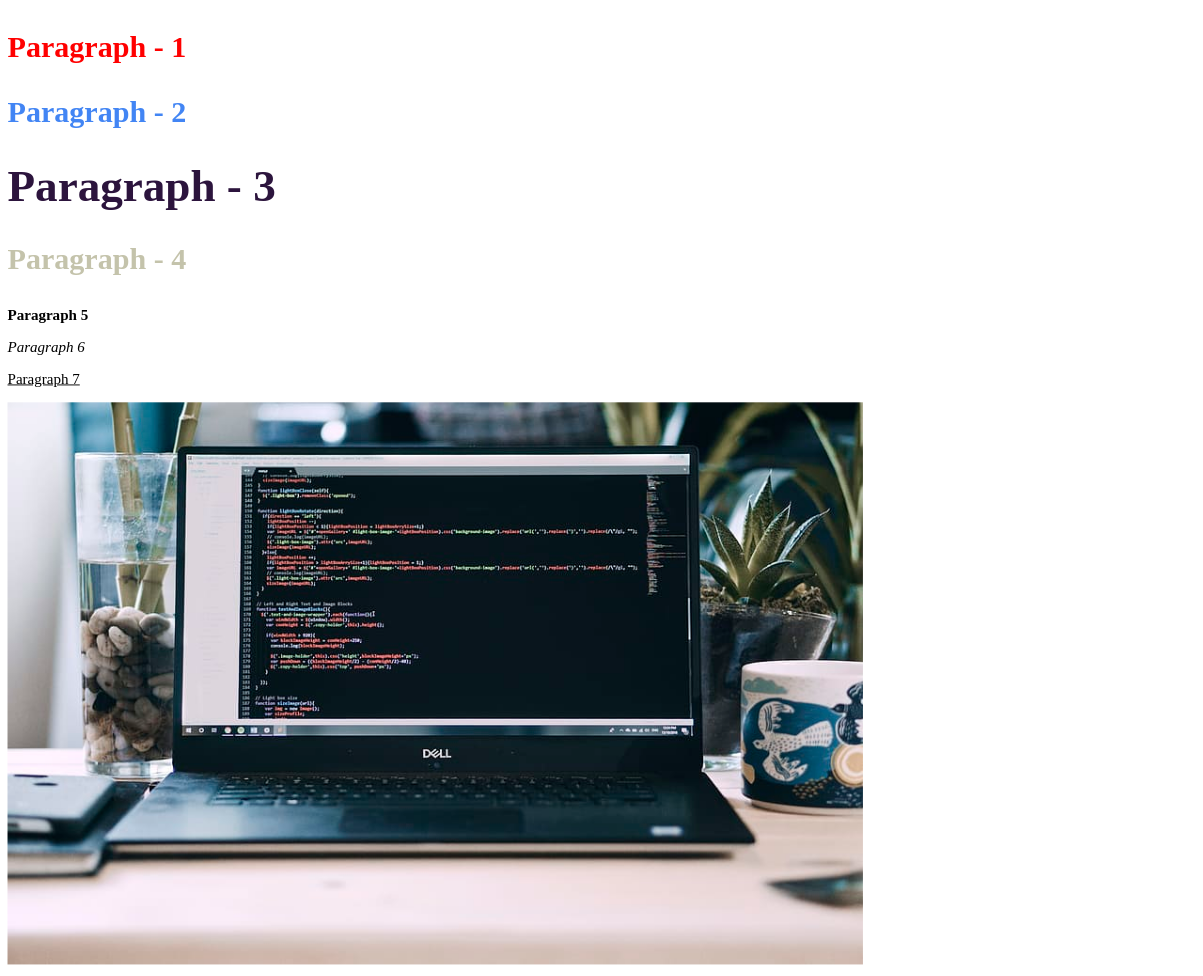
Repository: linas-dev/HTML-CSS-Projects
Page: Basic_HTML_and_JavaScript_1/Basic_HTML_1.html
These files come from the project's save history. The page is drawn as it stood at one moment and after the next save; the edit follows.
The browser window is 1280 px wide. The pictures show the whole page, at 94% of full size.

Above is the page before, as saved 2021-05-26 22:35:56.

### Basic_HTML_and_JavaScript_1/Basic_HTML_1.html
<!DOCTYPE html>
<html lang="en">
<head>
    <meta charset="UTF-8">
    <meta http-equiv="X-UA-Compatible" content="IE=edge">
    <meta name="viewport" content="width=device-width, initial-scale=1.0">
    <title>Document</title>
</head>
<body>
    <h1><p><font color="red">Paragraph - 1</font></p></h1>
    <h1><p><font color="#4285F4">Paragraph - 2</font></p></h1>
    <h1><p><font color="#2C143D" face="Pattaya" size="8">Paragraph - 3</font></p></h1>
    <h1><p><font color="#C4C3AB" face="ZCOOL KuaiLe" size="6">Paragraph - 4</font></p></h1>

    <p><b>Paragraph 5</b></p>
    <p><i>Paragraph 6</i></p>
    <p><u>Paragraph 7</u></p>

    <img src="coding.jpg" alt="coding image">
    <script src="Basic_JavaScript_1.js"></script>
</body>
</html>

### Basic_HTML_and_JavaScript_1/Basic_JavaScript_1.js
function My_First_Function(){
    var String = "Kiss me, I'm Irish!";
    var result = String.fontcolor("blue");
    document.getElementById("Irish").innerHTML = result;
}

After the next save:
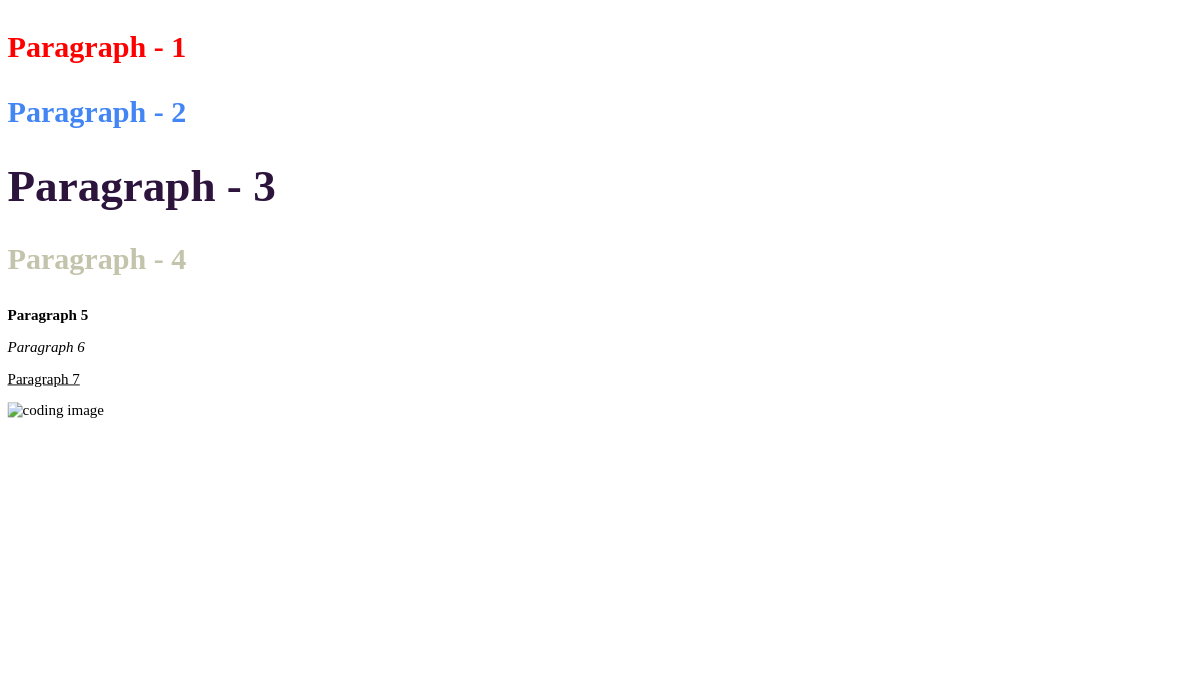
Saved 4 s later.
--- a/Basic_HTML_and_JavaScript_1/Basic_HTML_1.html
+++ b/Basic_HTML_and_JavaScript_1/Basic_HTML_1.html
@@ -16,7 +16,7 @@
     <p><i>Paragraph 6</i></p>
     <p><u>Paragraph 7</u></p>
 
-    <img src="coding.jpg" alt="coding image">
+    <img sr="coding.jpg" alt="coding image">
     <script src="Basic_JavaScript_1.js"></script>
 </body>
 </html>

After the save that followed:
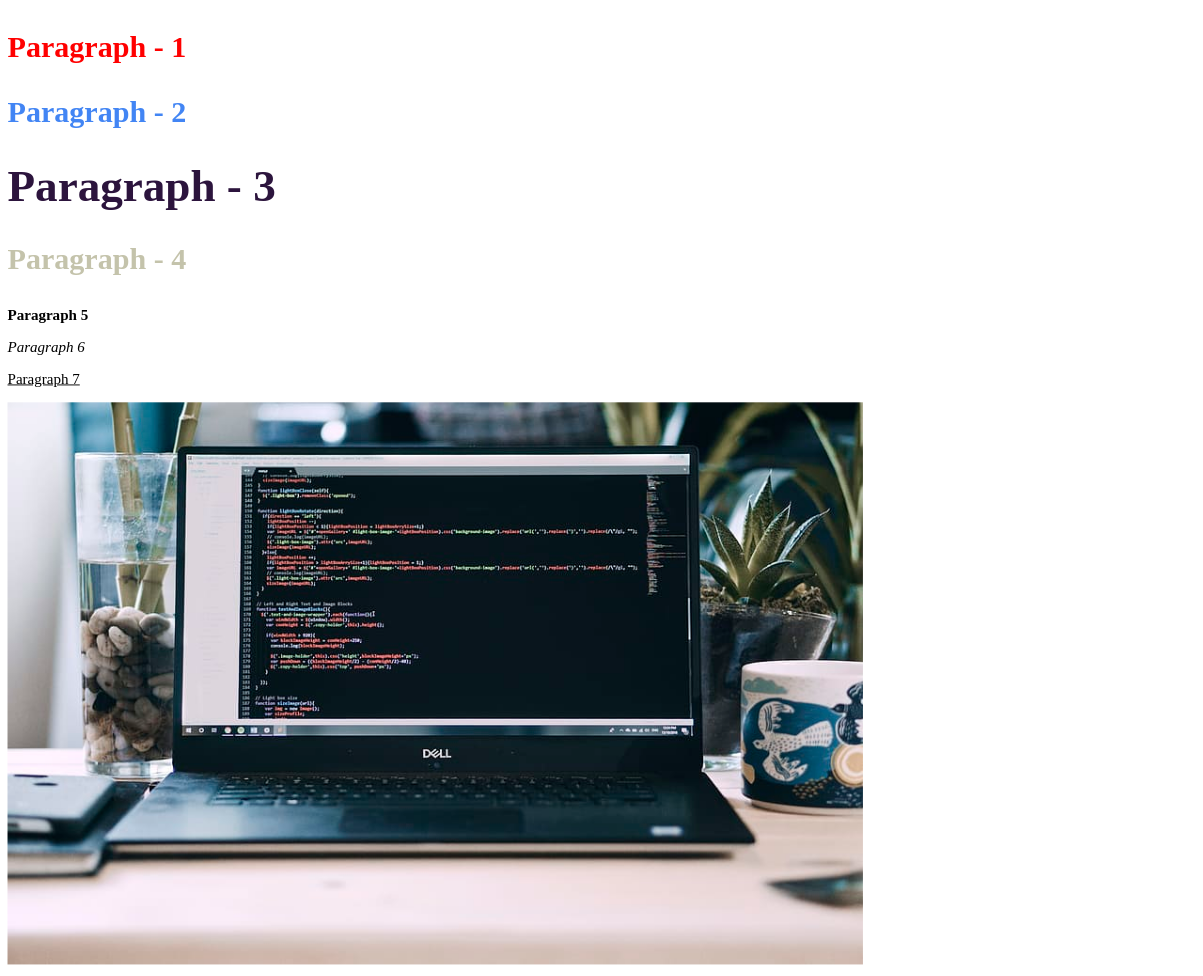
Saved 2 min 19 s later.
--- a/Basic_HTML_and_JavaScript_1/Basic_HTML_1.html
+++ b/Basic_HTML_and_JavaScript_1/Basic_HTML_1.html
@@ -16,7 +16,7 @@
     <p><i>Paragraph 6</i></p>
     <p><u>Paragraph 7</u></p>
 
-    <img sr="coding.jpg" alt="coding image">
+    <img src="coding.jpg" alt="coding image">
     <script src="Basic_JavaScript_1.js"></script>
 </body>
 </html>
